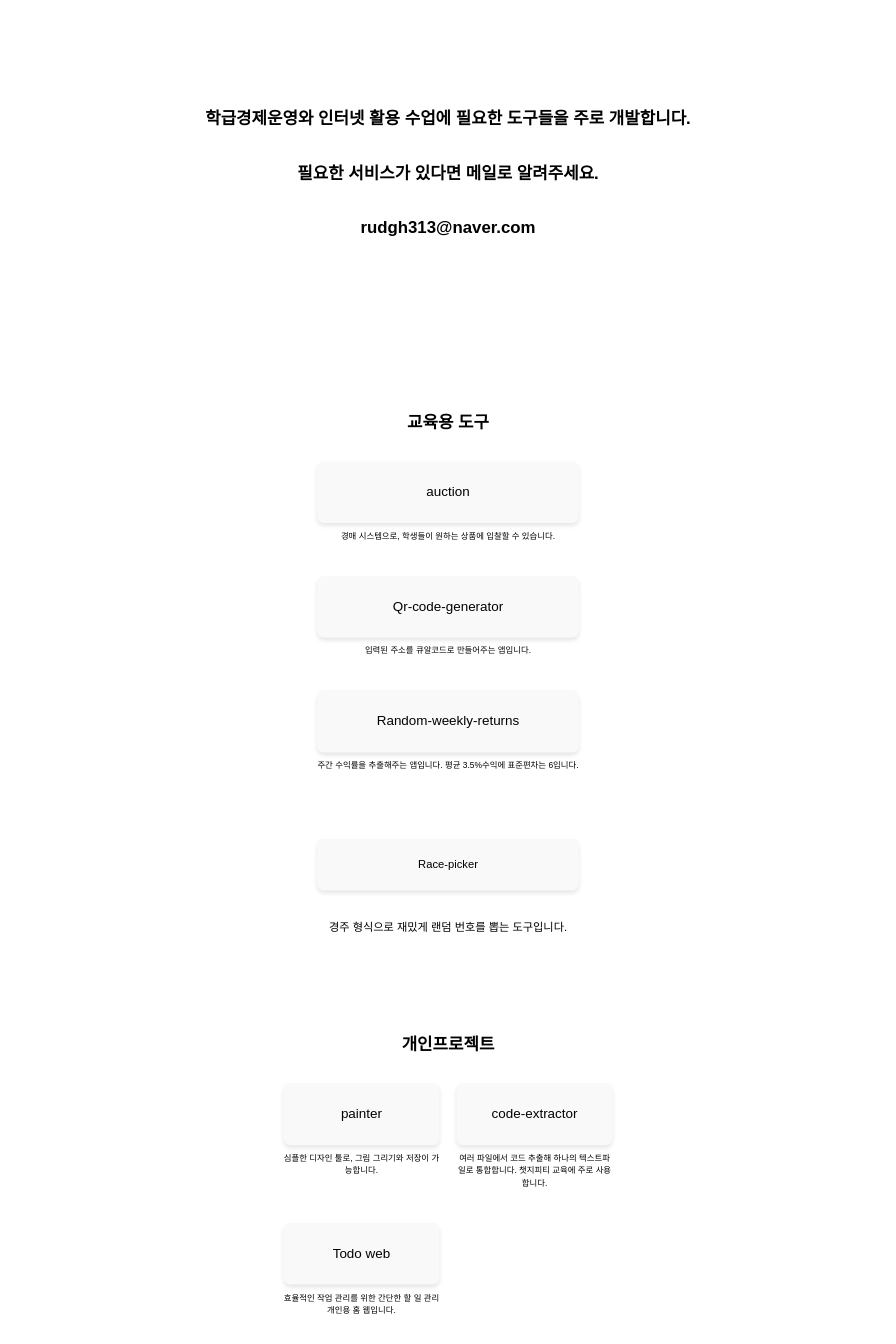
Repository: Anarchyve/portfolio
Page: index.html
An editor plug-in stored every save of this project. The page is shown before and after the next save, followed by the edit.
The browser window is 1280 px wide. The pictures show the part of the page from y = 833 to 2753 px (the page is 3600 px tall), at 70% of full size.

Above is the page before, as saved 2024-11-17 20:03:12.

### index.html
<!DOCTYPE html>
<html lang="ko">
<head>
    <meta charset="UTF-8" />
    <meta name="viewport" content="width=device-width, initial-scale=1.0" />
    <title>ankho</title>
    <link rel="stylesheet" href="styles.css" />
</head>
<body>
    <header>
        <h1><a href="#home">ankho</a></h1>
        <nav>
            <ul>
                <li><a href="#about">소개</a></li>
                <li><a href="#edu-projects">교육용 도구</a></li>
                <li><a href="#personal-projects">개인 프로젝트</a></li>
                <li><a href="#contact">연락처</a></li>
                <div class="toggle-switch">
                    <input type="checkbox" id="theme-toggle" />
                    <label for="theme-toggle"></label>
                </div>
            </ul>
        </nav>
    </header>

    <section id="home" class="scroll-section">
        <h1>수업에 필요한 간단한 도구들을 제공합니다.</h1>
    </section>

    <section id="about" class="scroll-section">
        <h2>학급경제운영와 인터넷 활용 수업에 필요한 도구들을 주로 개발합니다.</h2>
        <h2>필요한 서비스가 있다면 메일로 알려주세요.</h2>
        <h2>rudgh313@naver.com</h2>
    </section>

    <section id="edu-projects" class="scroll-section">
        <h2>교육용 도구</h2>
        <div class="projects-lists">
            <div class="project-item">
                <a href="https://anarchyve.github.io/job-auction/">auction</a>
                <p>경매 시스템으로, 학생들이 원하는 상품에 입찰할 수 있습니다.</p>
            </div>
            <div class="project-item">
                <a href="https://anarchyve.github.io/qr-code-generator/">Qr-code-generator</a>
                <p>입력된 주소를 큐알코드로 만들어주는 앱입니다.</p>
            </div>
            <div class="project-item">
                <a href="https://anarchyve.github.io/Random-weekly-returns/">Random-weekly-returns</a>
                <p>주간 수익률을 추출해주는 앱입니다. 평균 3.5%수익에 표준편차는 6입니다.</p>
            </div>
            <div class="project-item"></div>
                <a href="https://anarchyve.github.io/race-picker/">Race-picker</a>
                <p>경주 형식으로 재밌게 랜덤 번호를 뽑는 도구입니다.</p>
            </div>
        </div>

    </section>

    <section id="personal-projects" class="scroll-section">
        <h2>개인프로젝트</h2>
        <div class="projects-lists">
            <div class="project-item">
                <a href="https://anarchyve.github.io/PAINTER/">painter</a>
                <p>심플한 디자인 툴로, 그림 그리기와 저장이 가능합니다.</p>
            </div>
            <div class="project-item">
                <a href="https://anarchyve.github.io/code-extractor/">code-extractor</a>
                <p>여러 파일에서 코드 추출해 하나의 텍스트파일로 통합합니다. 챗지피티 교육에 주로 사용합니다.</p>
            </div>
            <div class="project-item">
                <a href="https://anarchyve.github.io/ToDo/">Todo web</a>
                <p>효율적인 작업 관리를 위한 간단한 할 일 관리 개인용 홈 웹입니다.</p>
            </div>
    </section>

    <section id="contact" class="scroll-section">
        <p>Email: rudgh313@naver.com</p>
        <p>GitHub: <a href="https://github.com/Anarchyve">Anarchyve</a></p>
        <p>https://open.kakao.com/o/siLFTA0g</p>
    </section>

    <footer>
        <!-- 푸터 내용 -->
    </footer>

    <script src="script.js"></script>
</body>
</html>

### styles.css
/* 기본 테마 설정 */
:root {
    --bg-color: #fff;
    --text-color: #000;
    --header-bg-color: #f4f4f4;
    --header-text-color: #000;
}

/* 다크 모드 테마 설정 */
.dark-mode {
    --bg-color: #000;
    --text-color: #fff;
    --header-bg-color: #333;
    --header-text-color: #fff;
}

/* 헤더 스타일 */
header {
    background-color: var(--header-bg-color);
    color: var(--header-text-color);
    position: fixed;
    width: 100%;
    z-index: 1000;
    height: 80px;
    padding: 1em;
    box-sizing: border-box;
    transition: height 0.3s ease, background-color 0.3s ease; /* 성능 최적화를 위한 transition 설정 */
}

header:hover {
    height: 150px;
}

/* 내비게이션 스타일 */
nav {
    opacity: 0;
    visibility: hidden;
    transition: opacity 0.3s ease, visibility 0.3s ease;
}

header:hover nav {
    opacity: 1;
    visibility: visible;
}

nav ul {
    display: flex;
    flex-direction: row;
    justify-content: center;
    gap: 1em;
    padding: 0;
}

nav ul li {
    margin: 0.5em 0;
}

/* 모바일 화면에서 내비게이션 스타일 */
@media (max-width: 768px) {
    nav ul {
        flex-direction: column;
        gap: 0.5em;
    }
}

/* 프로젝트 리스트 스타일 */
.projects-lists {
    display: grid;
    grid-template-columns: repeat(auto-fit, minmax(200px, 1fr));
    gap: 1.5em;
    padding: 1em 0;
}

.projects-lists a {
    display: block;
    background-color: #f9f9f9;
    padding: 1.5em;
    border-radius: 10px;
    text-align: center;
    text-decoration: none;
    color: var(--text-color);
    box-shadow: 0 4px 6px rgba(0, 0, 0, 0.1);
    transition: transform 0.3s ease, box-shadow 0.3s ease; /* 성능 최적화를 위한 애니메이션 설정 */
}

.projects-lists a:hover {
    transform: translateY(-5px); /* 애니메이션 크기를 줄여 성능 최적화 */
    box-shadow: 0 6px 8px rgba(0, 0, 0, 0.2);
}

/* 다크 모드 프로젝트 리스트 스타일 */
.dark-mode .projects-lists a {
    background-color: #333;
    color: #fff;
    box-shadow: 0 4px 6px rgba(255, 255, 255, 0.1);
}

.dark-mode .projects-lists a:hover {
    background-color: #444;
    box-shadow: 0 8px 12px rgba(255, 255, 255, 0.2);
}

/* 스크롤 스냅 설정 */
html, body {
    height: 100%;
    scroll-snap-type: y mandatory;
}

.scroll-section {
    width: 100vw;
    height: 100vh;
    display: flex;
    text-align: center;
    flex-direction: column;
    justify-content: center;
    align-items: center;
    scroll-snap-align: start;
}

/* 모바일 스크롤 스냅 설정 */
@media (max-width: 768px) {
    .scroll-section {
        height: auto;
        padding: 2em 1em;
    }
}

/* 다크 모드 토글 */
.toggle-switch {
    position: fixed;
    top: 1em;
    right: 1em;
    z-index: 1001;
}

.toggle-switch input[type="checkbox"] {
    display: none;
}

.toggle-switch label {
    display: block;
    width: 50px;
    height: 25px;
    background-color: #ccc;
    border-radius: 25px;
    position: relative;
    cursor: pointer;
    transition: background-color 0.3s ease;
}

.toggle-switch label::after {
    content: '';
    width: 21px;
    height: 21px;
    background-color: #fff;
    border-radius: 50%;
    position: absolute;
    top: 2px;
    left: 2px;
    transition: transform 0.3s ease;
}

.toggle-switch input[type="checkbox"]:checked + label {
    background-color: #232323;
}

.toggle-switch input[type="checkbox"]:checked + label::after {
    transform: translateX(25px);
}

body {
    font-family: 'Noto Sans KR', sans-serif;
    margin: 0;
    padding: 0;
    line-height: 1.6;
    background-color: var(--bg-color);
    color: var(--text-color);
}

a {
    text-decoration: none;
    color: inherit;
}

ul {
    list-style: none;
    padding: 0;
}

html {
    scroll-behavior: smooth;
}

h1 {
    font-size: 2rem;
    margin: 0;
}

p {
    font-size: 1rem;
}

.project-item {
    margin-bottom: 1.5em;
}

.project-item a {
    font-size: 1.2em;
    display: block;
    margin-bottom: 0.5em;
}

.project-item p {
    font-size: 0.75em;
    color: var(--text-color);
    margin: 0;
    line-height: 1.5;
}

### script.js
// 스크롤 이벤트를 최적화하는 throttle 함수
function throttle(func, limit) {
    let lastFunc;
    let lastRan;
    return function() {
        const context = this;
        const args = arguments;
        if (!lastRan) {
            func.apply(context, args);
            lastRan = Date.now();
        } else {
            clearTimeout(lastFunc);
            lastFunc = setTimeout(function() {
                if ((Date.now() - lastRan) >= limit) {
                    func.apply(context, args);
                    lastRan = Date.now();
                }
            }, limit - (Date.now() - lastRan));
        }
    };
}

// 스크롤 시 섹션에 따라 네비게이션 항목 활성화
const handleScroll = () => {
    const sections = document.querySelectorAll('section');
    const navLi = document.querySelectorAll('nav ul li a');
    let current = '';

    sections.forEach(section => {
        const sectionTop = section.offsetTop - 80; // 헤더 높이 고려
        if (pageYOffset >= sectionTop) {
            current = section.getAttribute('id');
        }
    });

    navLi.forEach(a => {
        a.classList.remove('active');
        if (a.getAttribute('href') === '#' + current) {
            a.classList.add('active');
        }
    });
};

// 스크롤 이벤트에 throttle을 적용하여 성능 최적화
window.addEventListener('scroll', throttle(handleScroll, 100));

// 다크모드 전환 기능
const button = document.getElementById('theme-toggle');
button.addEventListener('click', () => {
    document.body.classList.toggle('dark-mode');
});

After the next save:
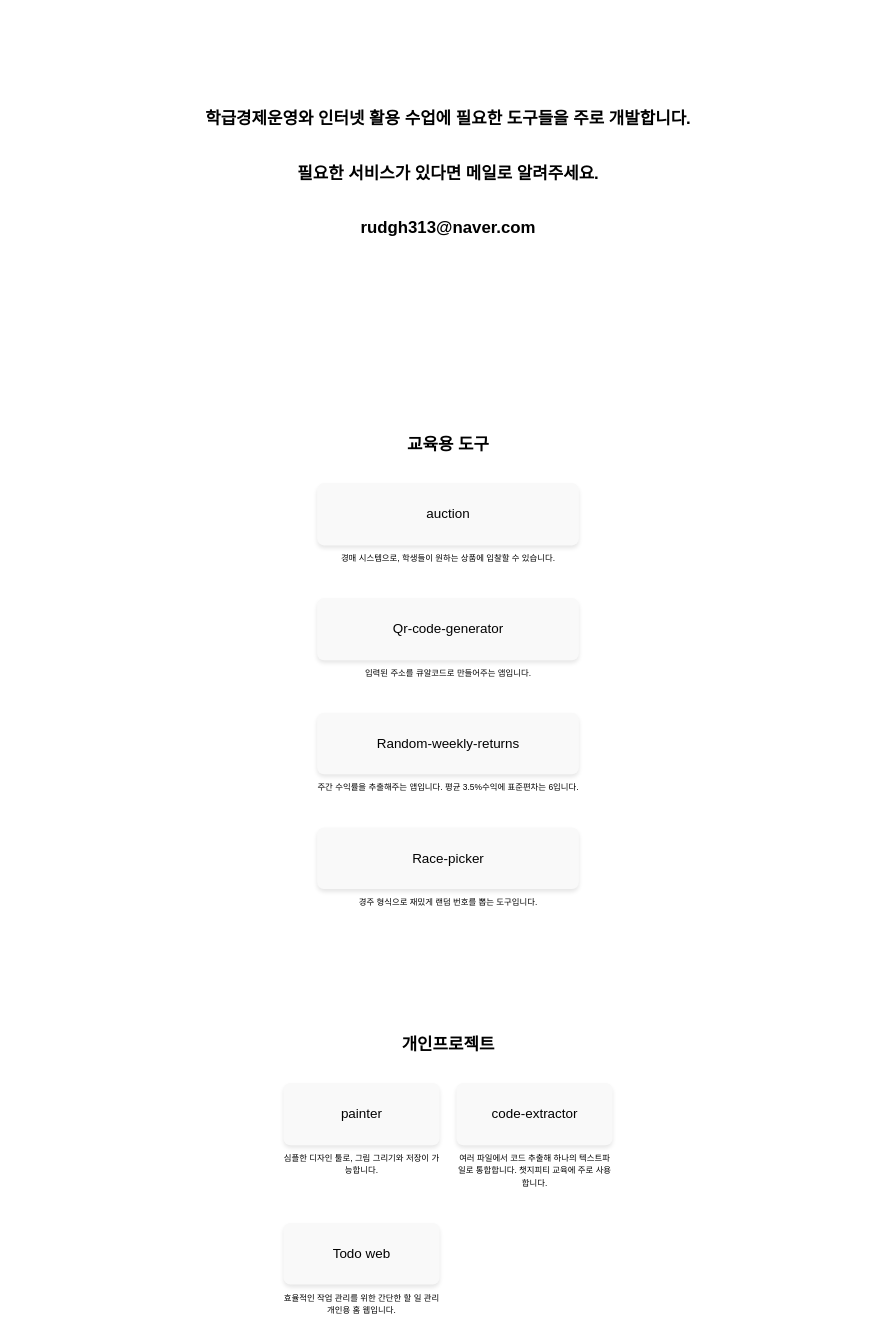
Saved 3 min 48 s later.
--- a/index.html
+++ b/index.html
@@ -48,7 +48,7 @@
                 <a href="https://anarchyve.github.io/Random-weekly-returns/">Random-weekly-returns</a>
                 <p>주간 수익률을 추출해주는 앱입니다. 평균 3.5%수익에 표준편차는 6입니다.</p>
             </div>
-            <div class="project-item"></div>
+            <div class="project-item">
                 <a href="https://anarchyve.github.io/race-picker/">Race-picker</a>
                 <p>경주 형식으로 재밌게 랜덤 번호를 뽑는 도구입니다.</p>
             </div>
